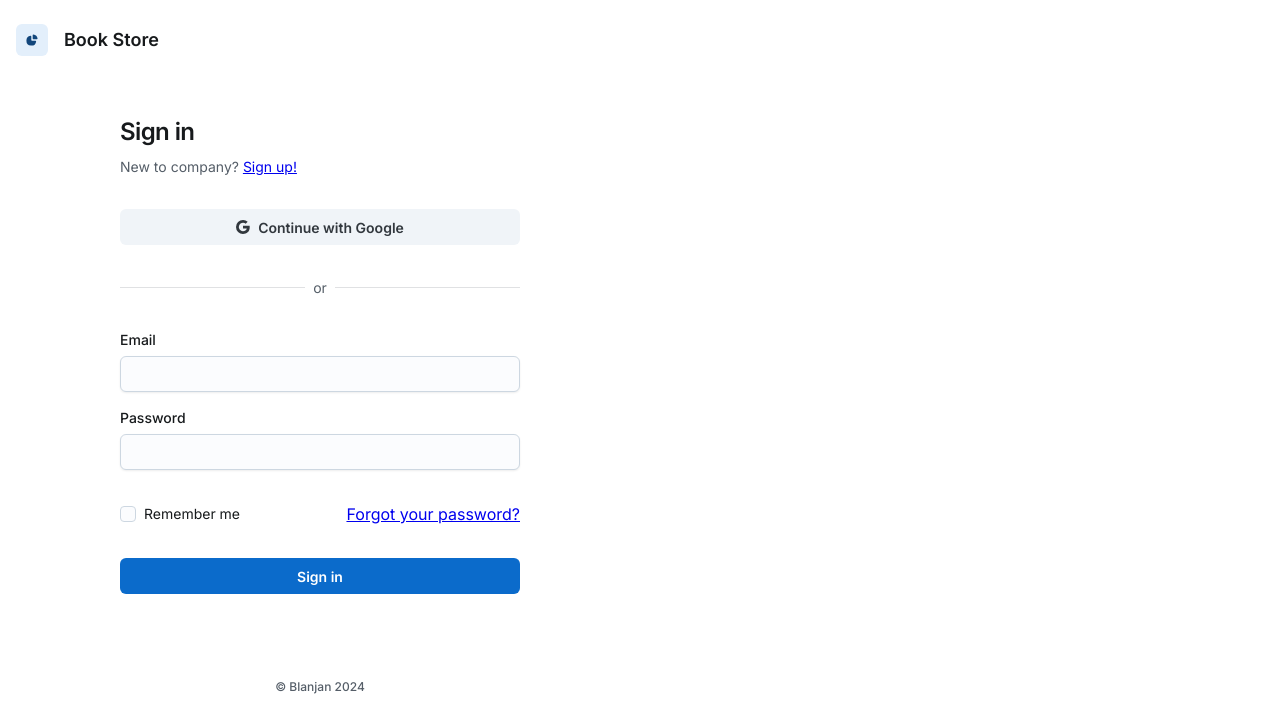
Repository: LaurentiusKevin/bookstore-fe
Page: /auth/login
An editor plug-in stored every save of this project. The page is shown before and after the next save, followed by the edit.
The browser window is 1280 px wide. The pictures show the whole page.
The project was rebuilt for these pictures with package versions that can differ from the ones it lists, and the page was loaded fresh each time. The framework's server and built-in components were replaced by stand-ins that run in the browser. Also part of the build but not shown: next.config.mjs.

Above is the page before, as saved 2024-04-07 00:52:30.

After the next save:
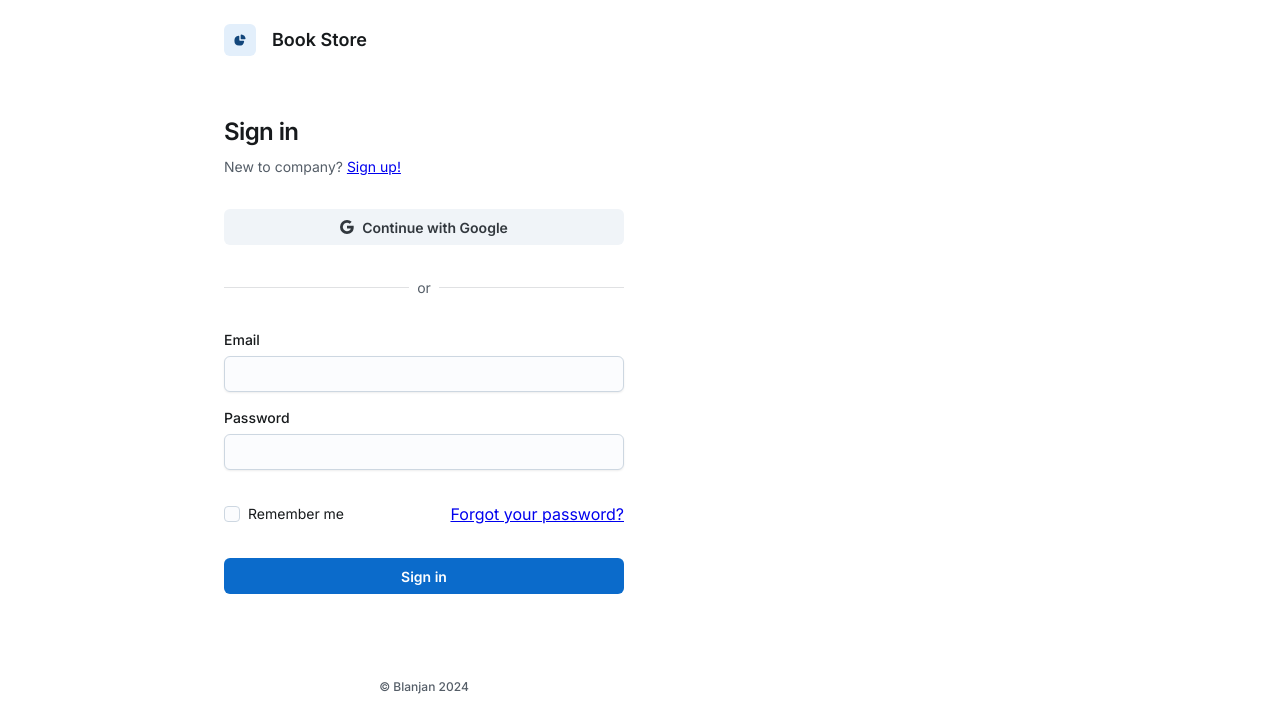
Saved 20 s later.
--- a/src/app/auth/login/page.tsx
+++ b/src/app/auth/login/page.tsx
@@ -83,8 +83,8 @@ export default function AuthSignIn() {
             display: "flex",
             flexDirection: "column",
             minHeight: "100dvh",
-            width:
-              "clamp(var(--Form-maxWidth), (var(--Collapsed-breakpoint) - 100vw) * 999, 100%)",
+            // width:
+            //   "clamp(var(--Form-maxWidth), (var(--Collapsed-breakpoint) - 100vw) * 999, 100%)",
             maxWidth: "100%",
             px: 2,
           }}
